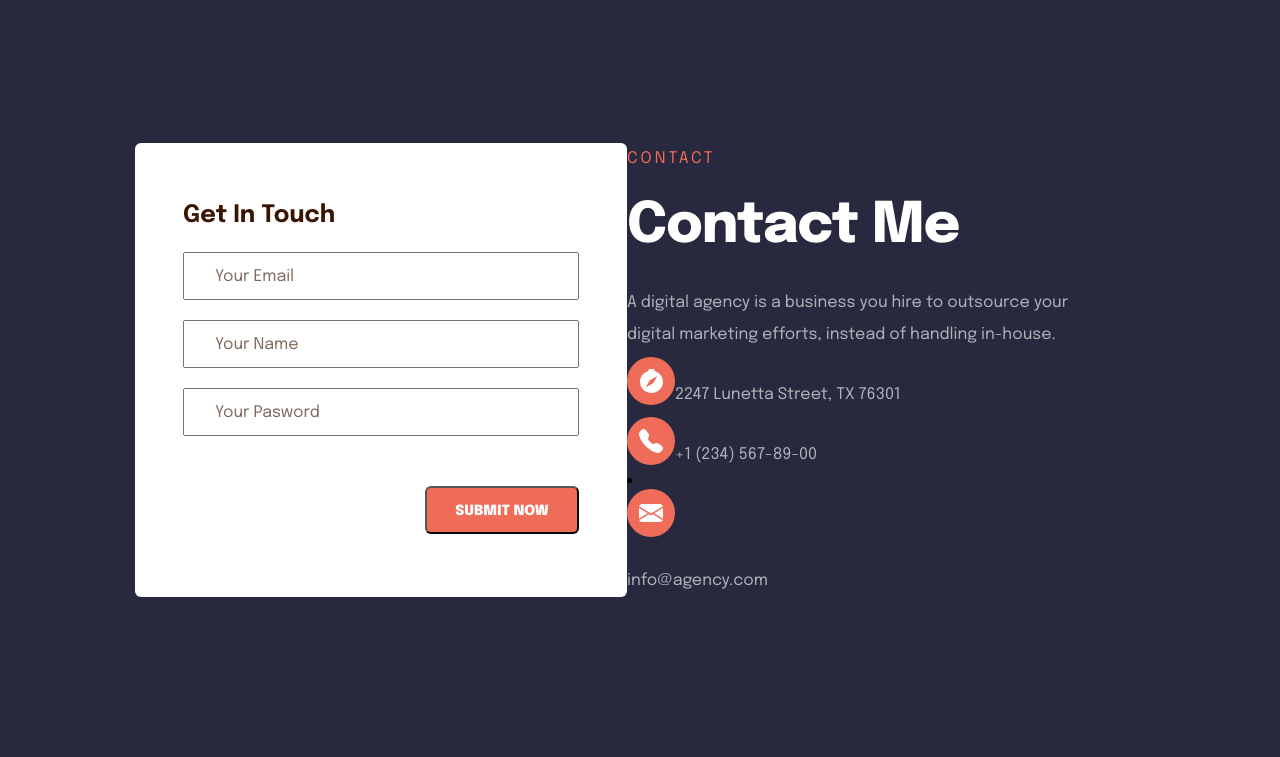
Repository: MehdiKerimov/Figma-Task-14
Page: index.html
The author's editor kept a copy of each file at every save. The page is drawn from the files as they stood at one save, then again after a run of saves.
The browser window is 1280 px wide. The pictures show the whole page.

Above is the page before, as saved 2023-10-07 15:35:18.

### index.html
<!DOCTYPE html>
<html lang="en">
  <head>
    <meta charset="UTF-8" />
    <meta name="viewport" content="width=device-width, initial-scale=1.0" />
    <title>Document</title>
    <link rel="stylesheet" href="index.css" />
  </head>
  <body>
    <div class="container">
      <div class="box-container">
        <h1>Get In Touch</h1>
        <form action="">
          <label for="">
            <input type="email" placeholder="Your Email" name="" id="" />
          </label>
          <label for="">
            <input type="text" placeholder="Your Name" />
          </label>
          <label for="">
            <input type="password" placeholder="Your Pasword" />
          </label>
          <button><a href="#">Submit Now</a></button>

        </form>
      </div>

      <div class="text-box">
        <h1>Contact</h1>
        <h2>Contact Me</h2>
        <p>
          A digital agency is a business you hire to outsource your digital
          marketing efforts, instead of handling in-house.
        </p>

        <ul>
          <li>
            <div class="circle">
              <svg
                xmlns="http://www.w3.org/2000/svg"
                width="23"
                height="24"
                viewBox="0 0 23 24"
                fill="none"
              >
                <path
                  fill-rule="evenodd"
                  clip-rule="evenodd"
                  d="M12.5128 23.9559C18.4476 23.4434 22.9991 18.5852 23 12.7619C22.9992 7.68681 19.5202 3.24133 14.5089 1.91219C14.6419 1.45966 14.5495 0.972375 14.2595 0.596433C13.9696 0.220491 13.5157 -0.000396111 13.034 0H9.9675C9.4858 -0.000396111 9.03192 0.220491 8.74193 0.596433C8.45195 0.972375 8.35958 1.45966 8.49253 1.91219C2.74205 3.43556 -0.865618 8.99957 0.179927 14.7325C1.22547 20.4654 6.57793 24.4683 12.5128 23.9559ZM17.4618 6.91176L17.465 6.90994L17.462 6.91144L17.4618 6.91176ZM17.4618 6.91176L9.87551 11.1479L5.53646 18.5674L13.126 14.3294L17.4618 6.91176Z"
                  fill="white"
                />
              </svg>
            </div>
          <p>2247 Lunetta Street, TX 76301</p>

          </li>
<li>
  <div class="circle">
    <svg
      xmlns="http://www.w3.org/2000/svg"
      width="24"
      height="24"
      viewBox="0 0 24 24"
      fill="none"
    >
      <path
        fill-rule="evenodd"
        clip-rule="evenodd"
        d="M2.82812 0.765296C3.35902 0.235151 4.09188 -0.0416708 4.84066 0.0050961C5.58945 0.051863 6.28217 0.417722 6.743 1.00981L9.43541 4.46897C9.92889 5.10349 10.1029 5.93003 9.9079 6.71007L9.08742 9.99522C9.00114 10.3413 9.10245 10.7073 9.35441 10.9598L13.0398 14.6454C13.2925 14.8979 13.6592 14.9993 14.0058 14.9124L17.2892 14.0919C18.0691 13.8969 18.8953 14.0711 19.5301 14.5644L22.989 17.2555C24.2324 18.2231 24.3464 20.0607 23.2335 21.1722L21.6825 22.7233C20.5726 23.8333 18.9136 24.3209 17.3672 23.7763C13.4091 22.3836 9.81531 20.1174 6.85249 17.146C3.88152 14.1834 1.61557 10.5899 0.222699 6.63206C-0.320284 5.08699 0.167201 3.42642 1.27717 2.31637L2.82812 0.765296Z"
        fill="white"
      />
    </svg>
  </div>
  <p>+1 (234) 567-89-00</p>
</li>
</ul>
     <li>
      <div class="circle">
        <svg
          xmlns="http://www.w3.org/2000/svg"
          width="24"
          height="18"
          viewBox="0 0 24 18"
          fill="none"
        >
          <path
            fill-rule="evenodd"
            clip-rule="evenodd"
            d="M3 0C1.60024 -9.42171e-05 0.386447 0.967828 0.075 2.3325L12 9.621L23.925 2.3325C23.6136 0.967828 22.3998 -9.42171e-05 21 0H3ZM0 14.7015V4.0455L8.7045 9.3645L0 14.7015ZM10.1415 10.245L0.2865 16.2855C0.78351 17.3335 1.84012 18.0011 3 18H21C22.1597 18.0003 23.2157 17.3321 23.712 16.284L13.857 10.2435L12 11.379L10.1415 10.2435V10.245ZM24 14.7015L15.2955 9.366V9.3645L24 4.0455V14.7015Z"
            fill="white"
          />
        </svg>
      </div>
      <p>info@agency.com</p>

     </li>

        </ul>
      </div>
    </div>
  </body>
</html>

### index.css
@import url("https://fonts.googleapis.com/css2?family=Epilogue:wght@400;700;800;900&display=swap");
* {
  padding: 0;
  margin: 0;
  box-sizing: border-box;
}
.container {
  background-color: #28293e;
  min-height: 100vh;
  padding: 143px 135px 160px 135px;
  display: flex;
  justify-content: space-between;
}
.container .box-container {
  padding: 57px 48px 48px 48px;
  width: 570px;
  border-radius: 6px;
  background: #fff;
}
.container .box-container h1 {
  color: var(--Text_Dark, #391400);
  font-feature-settings: "clig" off, "liga" off;
  font-family: Epilogue;
  font-size: 24px;
  font-style: normal;
  font-weight: 700;
  line-height: 32px;
}
form {
  display: flex;
  flex-direction: column;
  align-items: center;
}
label {
  width: 100%;
  margin-top: 20px;
}
input {
  padding-left: 30px;
  padding-right: 30px;

  width: 100%;
  height: 48px;
}
input::placeholder {
  color: var(--Text_Dark_Gray, rgba(57, 20, 0, 0.64));
  font-feature-settings: "clig" off, "liga" off;
  font-family: Epilogue;
  font-size: 16px;
  font-style: normal;
  font-weight: 400;
  line-height: 32px;
}
.container .box-container button {
  margin-left: auto;
  display:block;
  margin-top: 50px;
  width: 154px;
  height: 48px;
  border-radius: 6px;
  background: #ef6d58;
}
.container .box-container button a {
  text-decoration: none;
  color: #fff;
  text-align: center;
  font-family: Epilogue;
  font-size: 14px;
  font-style: normal;
  font-weight: 900;
  line-height: normal;
  text-transform: uppercase;
}
/* .container .text-box {
  min-height: 100vh;
} */
.container .text-box h1 {
  color: var(--Text_Light_Accent, #ef6d58);
  font-feature-settings: "clig" off, "liga" off;
  font-family: Epilogue;
  font-size: 16px;
  font-style: normal;
  font-weight: 400;
  line-height: 32px;
  letter-spacing: 3px;
  text-transform: uppercase;
}
.container .text-box h2 {
  margin-top: 20px;
  color: var(--Text_Light, #fff);
  font-feature-settings: "clig" off, "liga" off;
  font-family: Epilogue;
  font-size: 56px;
  font-style: normal;
  font-weight: 800;
  line-height: 64px;
  letter-spacing: -1px;
}
.container .text-box p {
  margin-top: 28px;
  width: 470px;
  color: var(--Text_Light_Gray, rgba(255, 255, 255, 0.64));
  font-feature-settings: "clig" off, "liga" off;
  font-family: Epilogue;
  font-size: 16px;
  font-style: normal;
  font-weight: 400;
  line-height: 32px;
}
.container .box p {
  color: var(--Text_Light, #fff);
  font-feature-settings: "clig" off, "liga" off;
  font-family: Epilogue;
  font-size: 20px;
  font-style: normal;
  font-weight: 400;
  line-height: 32px;
}
.container .circle {
  width: 48px;
  height: 48px;
  background-color: #ef6d58;
  border-radius: 50%;
  display: flex;
  justify-content: center;
  align-items: center;
}
ul li{
  list-style-type: none;
  display: flex;
  align-items: center;
}

After the next 4 saves:
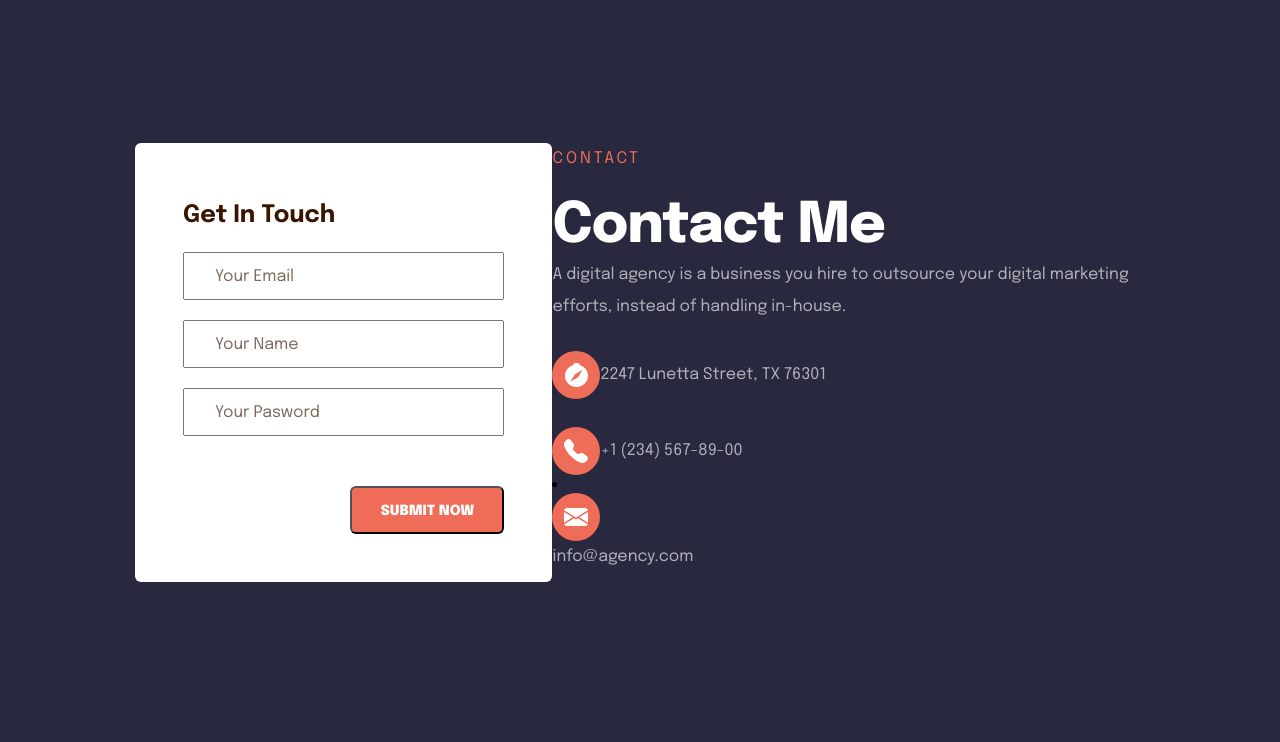
The 4 saves are shown as one change because they came seconds apart.
The last was saved 16 s later.
--- a/index.css
+++ b/index.css
@@ -97,8 +97,6 @@ input::placeholder {
   letter-spacing: -1px;
 }
 .container .text-box p {
-  margin-top: 28px;
-  width: 470px;
   color: var(--Text_Light_Gray, rgba(255, 255, 255, 0.64));
   font-feature-settings: "clig" off, "liga" off;
   font-family: Epilogue;
@@ -126,7 +124,10 @@ input::placeholder {
   align-items: center;
 }
 ul li{
+  margin-top: 28px;
+
   list-style-type: none;
   display: flex;
   align-items: center;
+
 }
